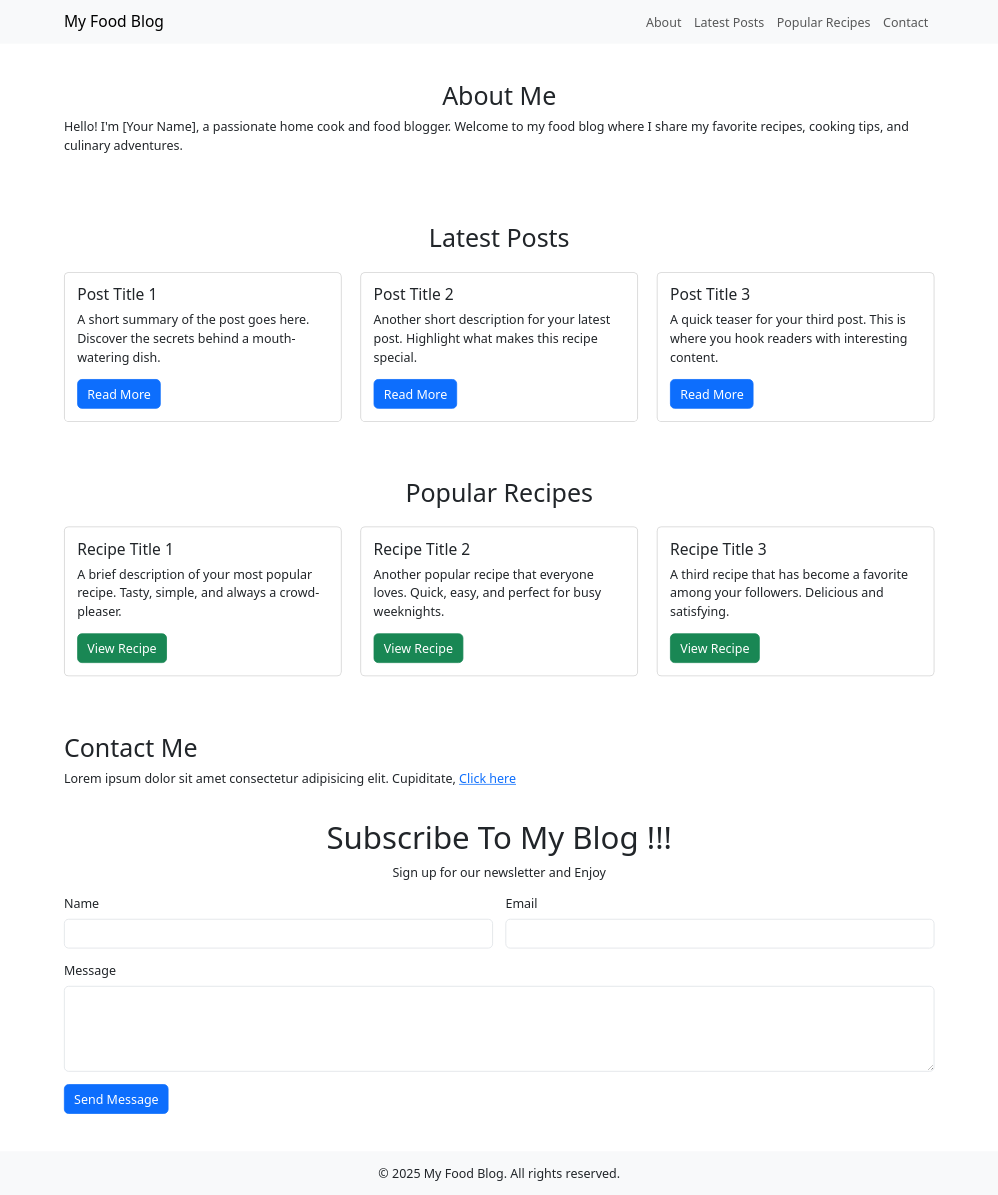
Repository: arunyerram/Web-TEChnologies
Page: 15.03.2025.html
An editor plug-in stored every save of this project. The page is shown before and after the next save, followed by the edit.
The browser window is 1280 px wide. The pictures show the whole page, at 78% of full size.

Above is the page before, as saved 2025-03-19 11:32:09.

### 15.03.2025.html
<!DOCTYPE html>
<html lang="en">
<head>
  <meta charset="UTF-8" />
  <meta name="viewport" content="width=device-width, initial-scale=1" />
  <title>My Food Blog</title>
  <!-- Bootstrap 5 CSS -->
  <link
    href="https://cdn.jsdelivr.net/npm/bootstrap@5.3.0/dist/css/bootstrap.min.css"
    rel="stylesheet"
  />
</head>
<body>

  <header>
    <nav class="navbar navbar-expand-lg navbar-light bg-light">
      <div class="container mb-12">
        <a class="navbar-brand" href="#">My Food Blog</a>
        <button
          class="navbar-toggler"
          type="button"
          data-bs-toggle="collapse"
          data-bs-target="#navbarSupportedContent"
          aria-controls="navbarSupportedContent"
          aria-expanded="false"
          aria-label="Toggle navigation"
        >
          <span class="navbar-toggler-icon"></span>
        </button>

        <div class="collapse navbar-collapse" id="navbarSupportedContent">
          <ul class="navbar-nav ms-auto mb-2 mb-lg-0">
            <li class="nav-item">
              <a class="nav-link" href="#about">About</a>
            </li>
            <li class="nav-item">
              <a class="nav-link" href="#latest-posts">Latest Posts</a>
            </li>
            <li class="nav-item">
              <a class="nav-link" href="#popular-recipes">Popular Recipes</a>
            </li>
            <li class="nav-item">
              <a class="nav-link" href="#contact">Contact</a>
            </li>
          </ul>
        </div>
      </div>
    </nav>
  </header>

  <main class="container my-5">

    <!-- About Section -->
    <section id="about" class="mb-5">
      <div class="row">
        <div class="col-md-4 text-center">
        </div>
        <div class="col-md-12">
          <h2 style="text-align:center">About Me</h2>
          <p>
            Hello! I'm [Your Name], a passionate home cook and food blogger.
            Welcome to my food blog where I share my favorite recipes,
            cooking tips, and culinary adventures.
          </p>
        </div>
      </div>
    </section>

    <br>
    <!-- Latest Blog Posts -->
    <section id="latest-posts" class="mb-5">
      <h2 class="mb-4" style="text-align:center">Latest Posts</h2>
      <div class="row row-cols-1 row-cols-md-3 g-4">
        <!-- Card 1 -->
        <div class="col">
          <div class="card">
            <!-- <img
              src="https://via.placeholder.com/300x200"
              class="card-img-top"
              alt="Post Image 1"
            /> -->
            <div class="card-body">
              <h5 class="card-title">Post Title 1</h5>
              <p class="card-text">
                A short summary of the post goes here. Discover the secrets
                behind a mouth-watering dish.
              </p>
              <a href="#" class="btn btn-primary">Read More</a>
            </div>
          </div>
        </div>
        <!-- Card 2 -->
        <div class="col">
          <div class="card">
            <!-- <img
              src="https://via.placeholder.com/300x200"
              class="card-img-top"
              alt="Post Image 2"
            /> -->
            <div class="card-body">
              <h5 class="card-title">Post Title 2</h5>
              <p class="card-text">
                Another short description for your latest post. Highlight
                what makes this recipe special.
              </p>
              <a href="#" class="btn btn-primary">Read More</a>
            </div>
          </div>
        </div>
        <!-- Card 3 -->
        <div class="col">
          <div class="card">
            <!-- <img
              src="https://via.placeholder.com/300x200"
              class="card-img-top"
              alt="Post Image 3"
            /> -->
            <div class="card-body">
              <h5 class="card-title">Post Title 3</h5>
              <p class="card-text">
                A quick teaser for your third post. This is where you hook
                readers with interesting content.
              </p>
              <a href="#" class="btn btn-primary">Read More</a>
            </div>
          </div>
        </div>
      </div>
    </section>

    <br>
    <!-- Popular Recipes -->
    <section id="popular-recipes" class="mb-5">
      <h2 class="mb-4" style="text-align:center">Popular Recipes</h2>
      <div class="row row-cols-1 row-cols-md-3 g-4">
        <!-- Recipe Card 1 -->
        <div class="col">
          <div class="card">
            <!-- <img
              src="https://via.placeholder.com/300x200"
              class="card-img-top"
              alt="Recipe Image 1"
            /> -->
            <div class="card-body">
              <h5 class="card-title">Recipe Title 1</h5>
              <p class="card-text">
                A brief description of your most popular recipe. Tasty,
                simple, and always a crowd-pleaser.
              </p>
              <a href="#" class="btn btn-success">View Recipe</a>
            </div>
          </div>
        </div>
        <!-- Recipe Card 2 -->
        <div class="col">
          <div class="card">
            <!-- <img
              src="https://via.placeholder.com/300x200"
              class="card-img-top"
              alt="Recipe Image 2"
            /> -->
            <div class="card-body">
              <h5 class="card-title">Recipe Title 2</h5>
              <p class="card-text">
                Another popular recipe that everyone loves. Quick, easy, and
                perfect for busy weeknights.
              </p>
              <a href="#" class="btn btn-success">View Recipe</a>
            </div>
          </div>
        </div>
        <!-- Recipe Card 3 -->
        <div class="col">
          <div class="card">
            <!-- <img
              src="https://via.placeholder.com/300x200"
              class="card-img-top"
              alt="Recipe Image 3"
            /> -->
            <div class="card-body">
              <h5 class="card-title">Recipe Title 3</h5>
              <p class="card-text">
                A third recipe that has become a favorite among your
                followers. Delicious and satisfying.
              </p>
              <a href="#" class="btn btn-success">View Recipe</a>
            </div>
          </div>
        </div>
      </div>
    </section>

    <br>

    <!-- Contact Section -->
    <section id="contact">
      <h2 >Contact Me</h2>
      <p>Lorem ipsum dolor sit amet consectetur adipisicing elit. Cupiditate, <a href="#">Click here</a></p>
    </section>

      <br>

    <section>
      <h1 style="text-align : center"> Subscribe To My Blog !!!</h1>
      <p style="text-align : center">Sign up for our newsletter and Enjoy </p>
      <form class="row g-3 needs-validation" novalidate>
        <div class="col-md-6">
          <label for="name" class="form-label">Name</label>
          <input
            type="text"
            class="form-control"
            id="name"
            required
          />
          <div class="invalid-feedback">
            Please provide your name.
          </div>
        </div>
        <div class="col-md-6">
          <label for="email" class="form-label">Email</label>
          <input
            type="email"
            class="form-control"
            id="email"
            required
          />
          <div class="invalid-feedback">
            Please provide a valid email address.
          </div>
        </div>
        <div class="col-12">
          <label for="message" class="form-label">Message</label>
          <textarea
            class="form-control"
            id="message"
            rows="4"
            required
          ></textarea>
          <div class="invalid-feedback">
            Please enter your message.
          </div>
        </div>
        <div class="col-12">
          <button class="btn btn-primary" type="submit">Send Message</button>
        </div>
      </form>
    </section>

  </main>

  <!-- ======= Footer ======= -->
  <footer class="bg-light text-center py-3">
    <p class="mb-0">&copy; 2025 My Food Blog. All rights reserved.</p>
  </footer>

  <!-- Bootstrap 5 JS (Popper + Bootstrap) -->
  <script
    src="https://cdn.jsdelivr.net/npm/bootstrap@5.3.0/dist/js/bootstrap.bundle.min.js"
  ></script>

  <!-- Form Validation Script -->
  <script>
    (function () {
      'use strict';
      const forms = document.querySelectorAll('.needs-validation');
      Array.prototype.slice.call(forms).forEach(function (form) {
        form.addEventListener('submit', function (event) {
          if (!form.checkValidity()) {
            event.preventDefault();
            event.stopPropagation();
          }
          form.classList.add('was-validated');
        }, false);
      });
    })();
  </script>
</body>
</html>

After the next save:
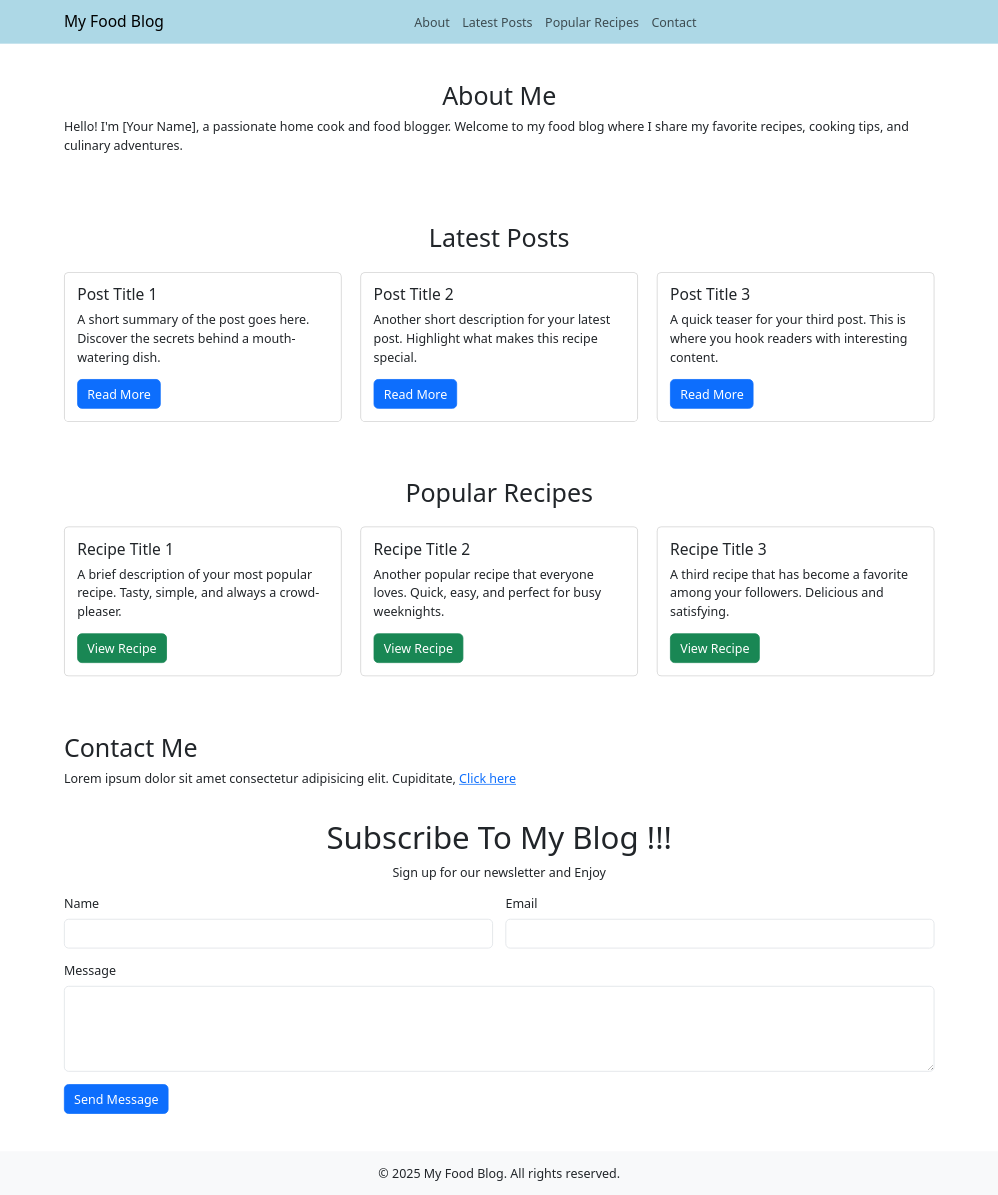
Saved 4 min 5 s later.
--- a/15.03.2025.html
+++ b/15.03.2025.html
@@ -13,8 +13,8 @@
 <body>
 
   <header>
-    <nav class="navbar navbar-expand-lg navbar-light bg-light">
-      <div class="container mb-12">
+    <nav class="navbar navbar-expand-lg navbar-light" style="background-color: lightblue;">
+      <div class="container">
         <a class="navbar-brand" href="#">My Food Blog</a>
         <button
           class="navbar-toggler"
@@ -29,7 +29,7 @@
         </button>
 
         <div class="collapse navbar-collapse" id="navbarSupportedContent">
-          <ul class="navbar-nav ms-auto mb-2 mb-lg-0">
+          <ul class="navbar-nav mx-auto mb-2 mb-lg-0">
             <li class="nav-item">
               <a class="nav-link" href="#about">About</a>
             </li>
